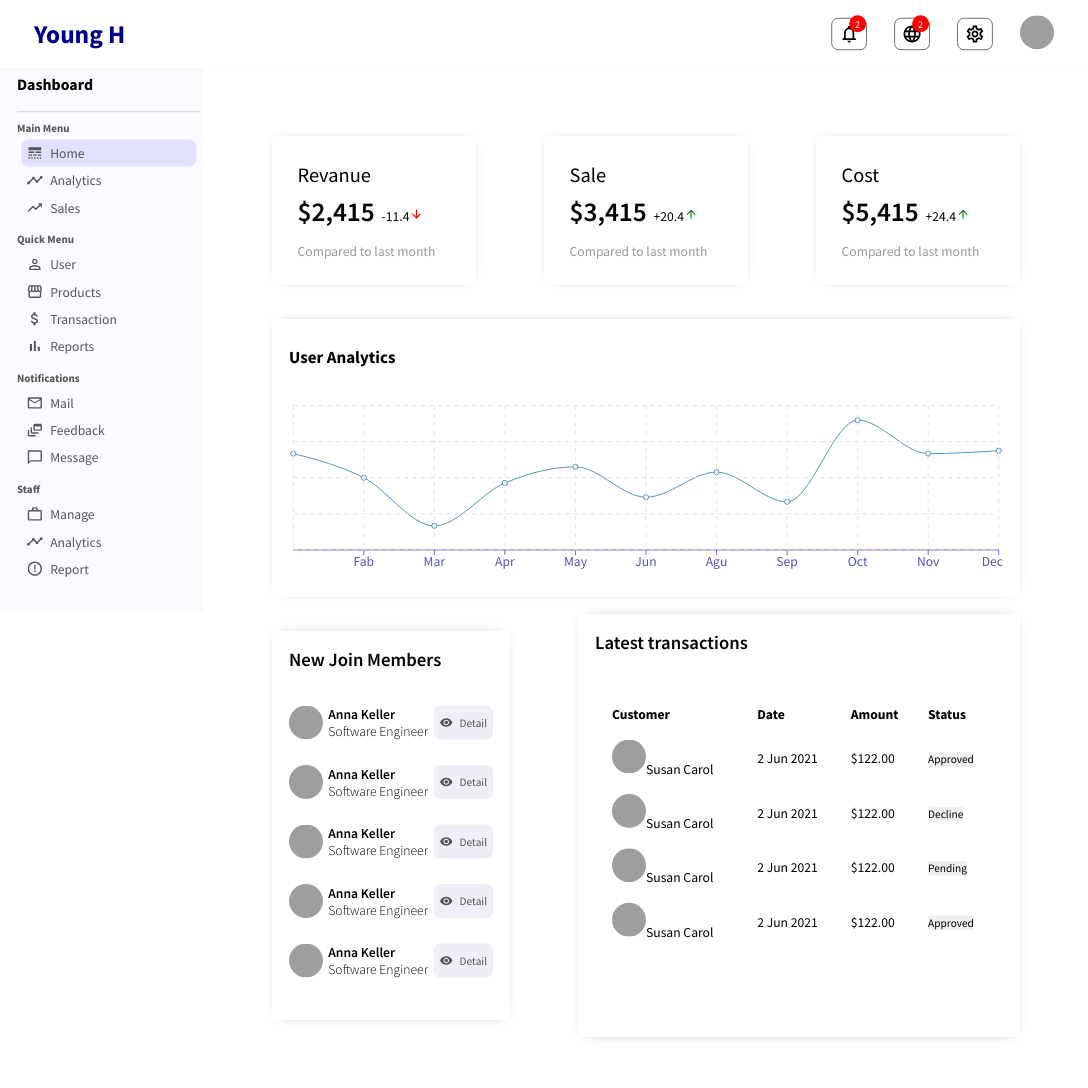
Repository: noname20011/admin
Page: /users
The author's editor kept a copy of each file at every save. The page is drawn from the files as they stood at one save, then again after the next save.
The browser window is 1280 px wide. The pictures show the whole page, at 85% of full size.
Pictures or frames that could not be fetched are drawn as grey boxes. The project was rebuilt for these pictures with package versions that can differ from the ones it lists, and the page was loaded fresh each time.

Above is the page before, as saved 2021-11-14 09:12:57.

After the next save:
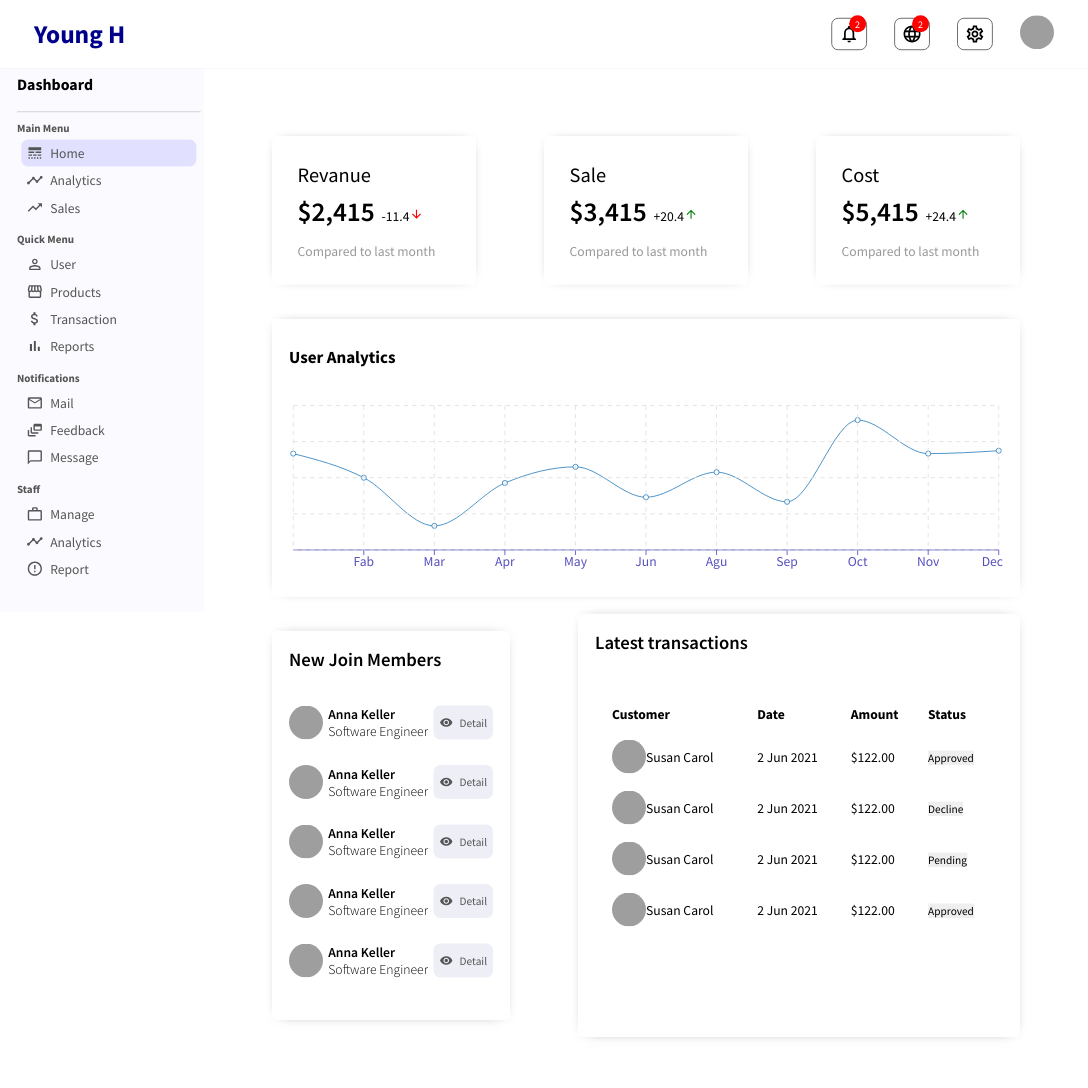
Saved 46 s later.
--- a/src/comopnents/widgetLg/widgetLg.css
+++ b/src/comopnents/widgetLg/widgetLg.css
@@ -23,6 +23,11 @@
 
 }
 
+.widgetLgUser {
+    display: flex;
+    align-items: center;
+}
+
 .widgetLgImg {
     width: 40px;
     height: 40px;
